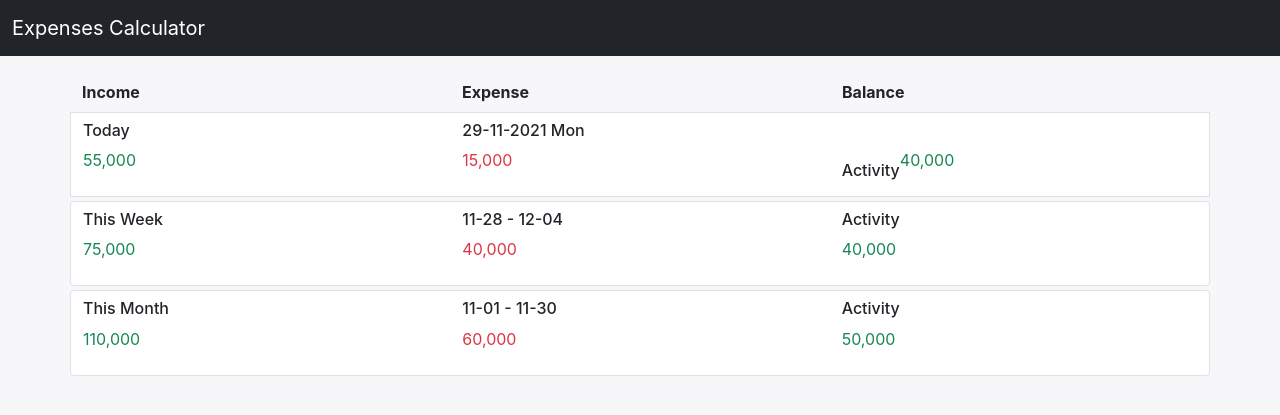
Repository: eidankhan/expenses-calculator
Page: /
These files come from the project's save history. The page is drawn as it stood at one moment and after the next save; the edit follows.
The browser window is 1280 px wide. The pictures show the whole page.
The project was rebuilt for these pictures with package versions that can differ from the ones it lists, and the page was loaded fresh each time. Also part of the build but not shown: src/components/SaveIncome.js.

Above is the page before, as saved 2021-11-29 17:58:46.

After the next save:
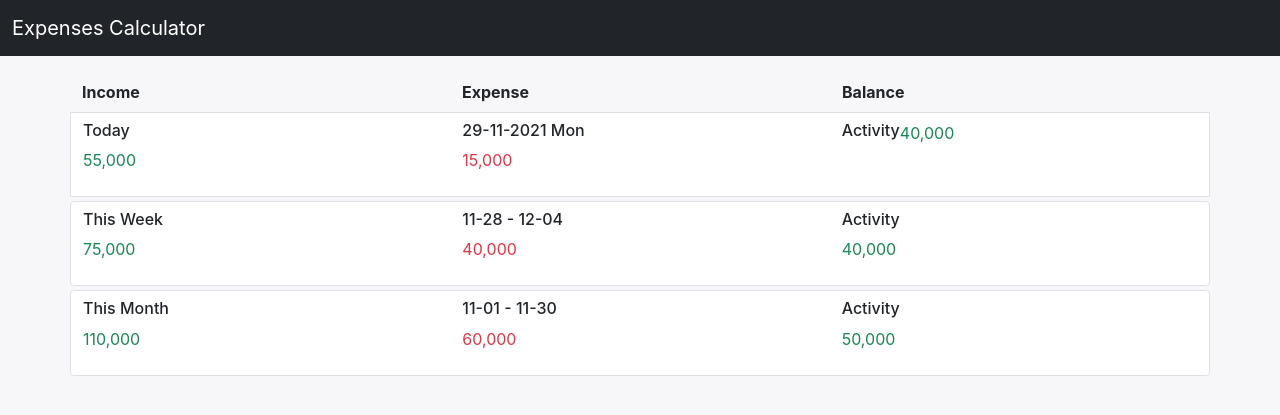
Saved 16 s later.
--- a/src/components/IncomeSummary.js
+++ b/src/components/IncomeSummary.js
@@ -26,7 +26,7 @@ export const IncomeSummary = () => {
           <h6> 29-11-2021 Mon </h6>
           <p className="text-danger"> 15,000</p>
         </div>
-        <div className="col-md-4 my-2 d-flex align-items-end">
+        <div className="col-md-4 my-2 d-flex align-content-end">
           <h6> Activity </h6>
           <p className="text-success"> 40,000</p>
         </div>
